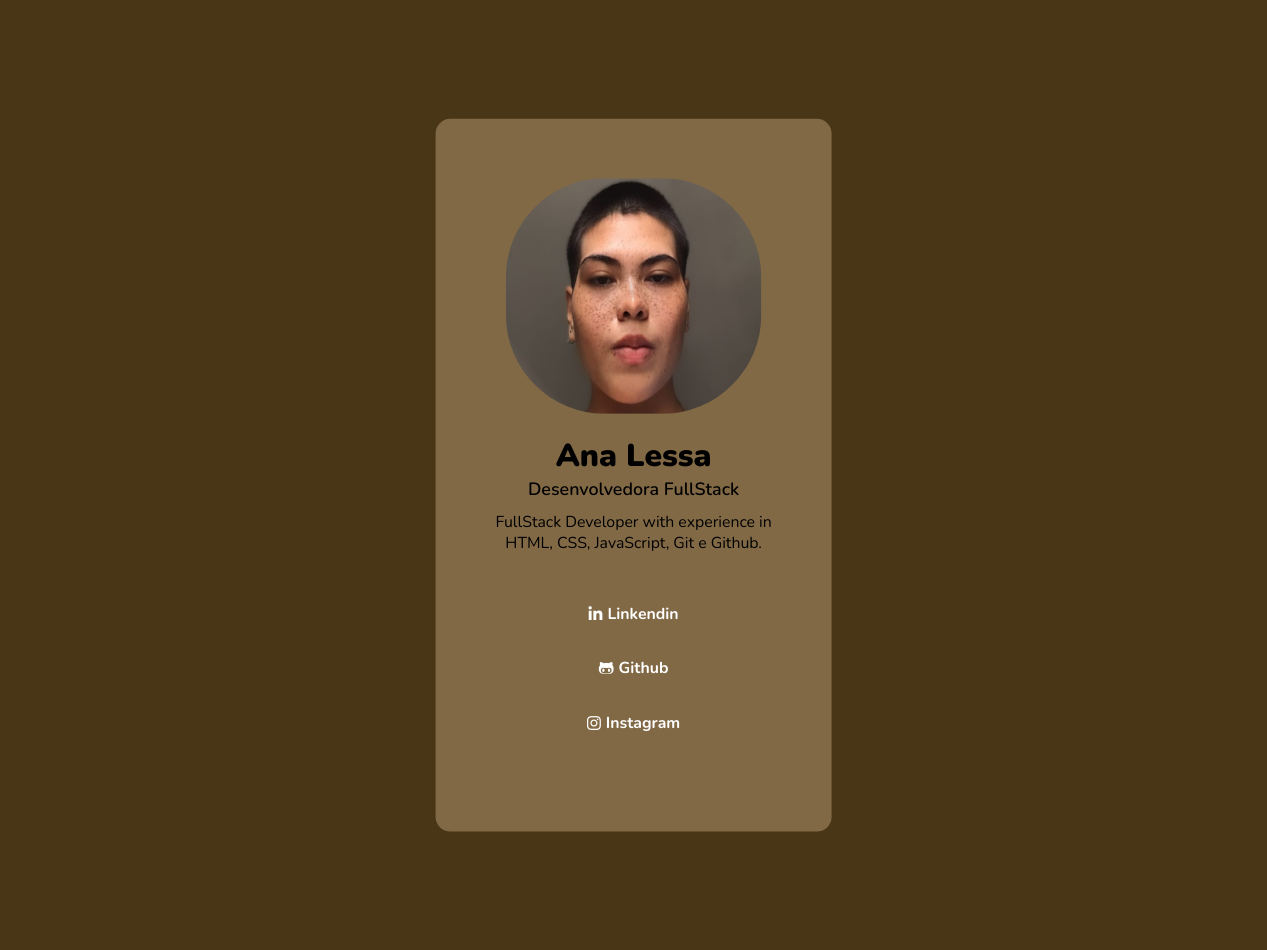
Repository: analessp/linktree
Page: index.html
These files come from the project's save history. The page is drawn as it stood at one moment and after the next save; the edit follows.
The browser window is 1280 px wide. The pictures show the whole page, at 99% of full size.

Above is the page before, as saved 2025-04-11 11:21:22.

After the next save:
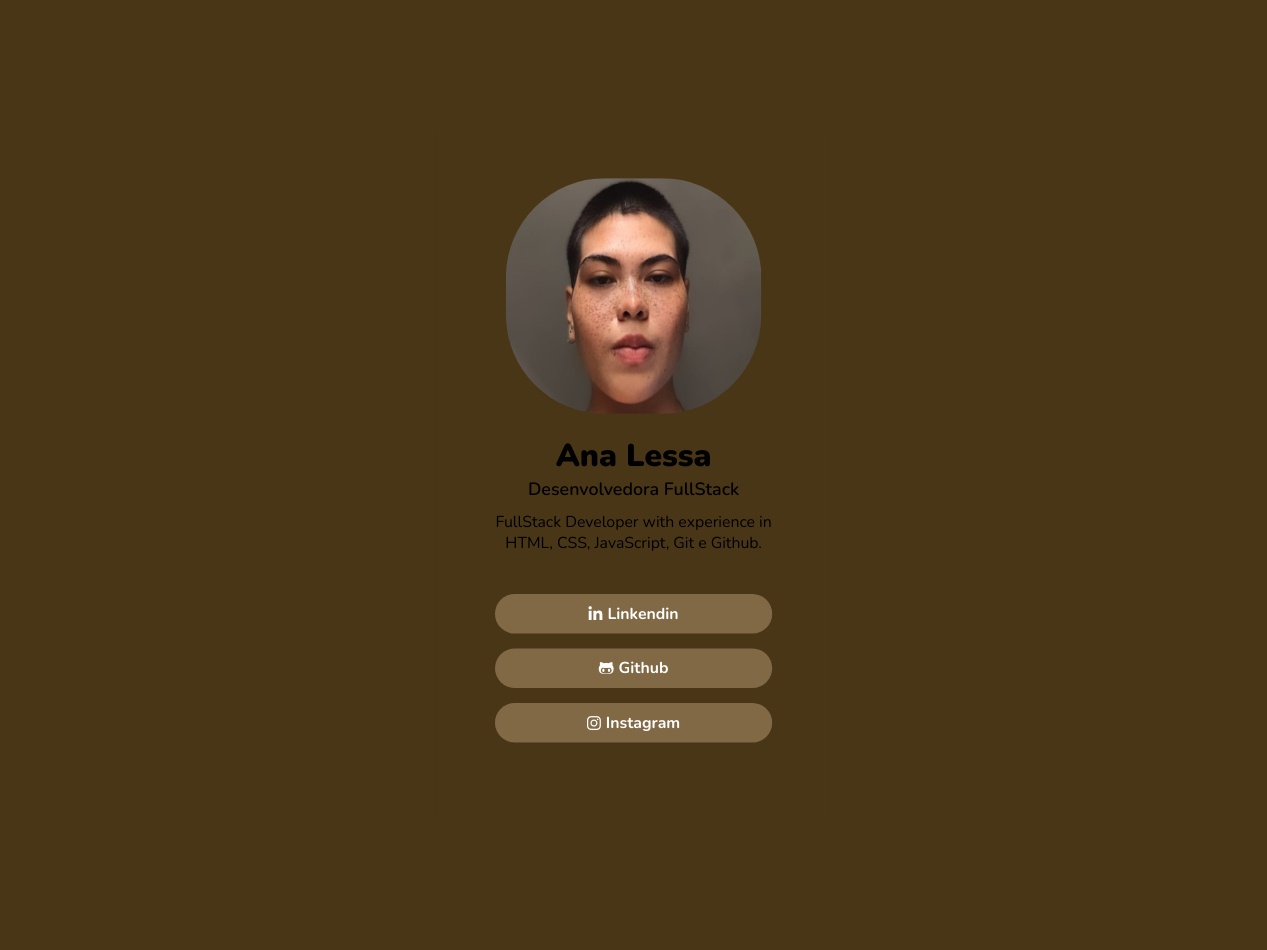
Saved 11 s later.
--- a/style.css
+++ b/style.css
@@ -10,7 +10,7 @@ body {
 }
 
 .container-main {
-    background-color: #816946;
+    background-color: #493617;
     width: 400px;
     height: 720px;
     box-sizing: border-box;
